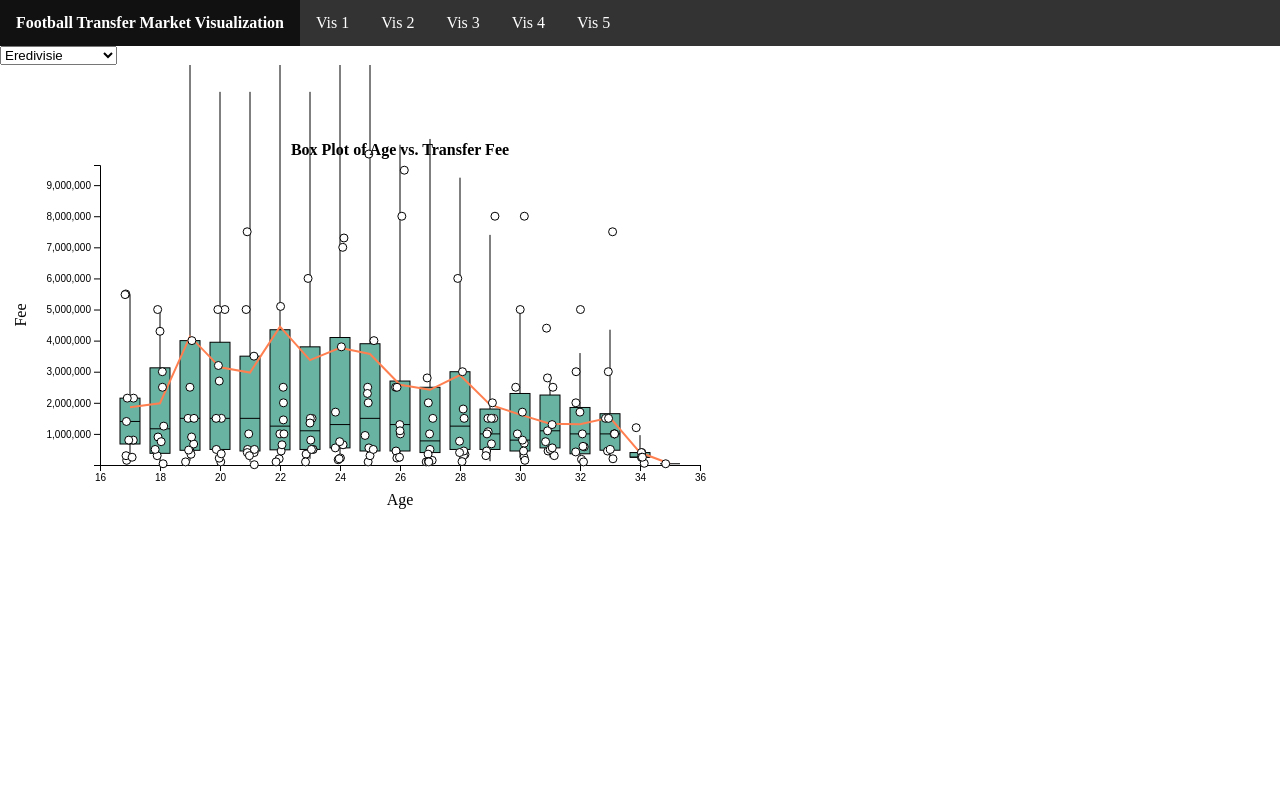
Repository: cedricshan/Football-Transfer-Market-Visualization
Page: dashboard/BoxPlot.html
An editor plug-in stored every save of this project. The page is shown before and after the next save, followed by the edit.
The browser window is 1280 px wide. The pictures show the whole page.

Above is the page before, as saved 2023-10-18 22:11:34.

After the next save:
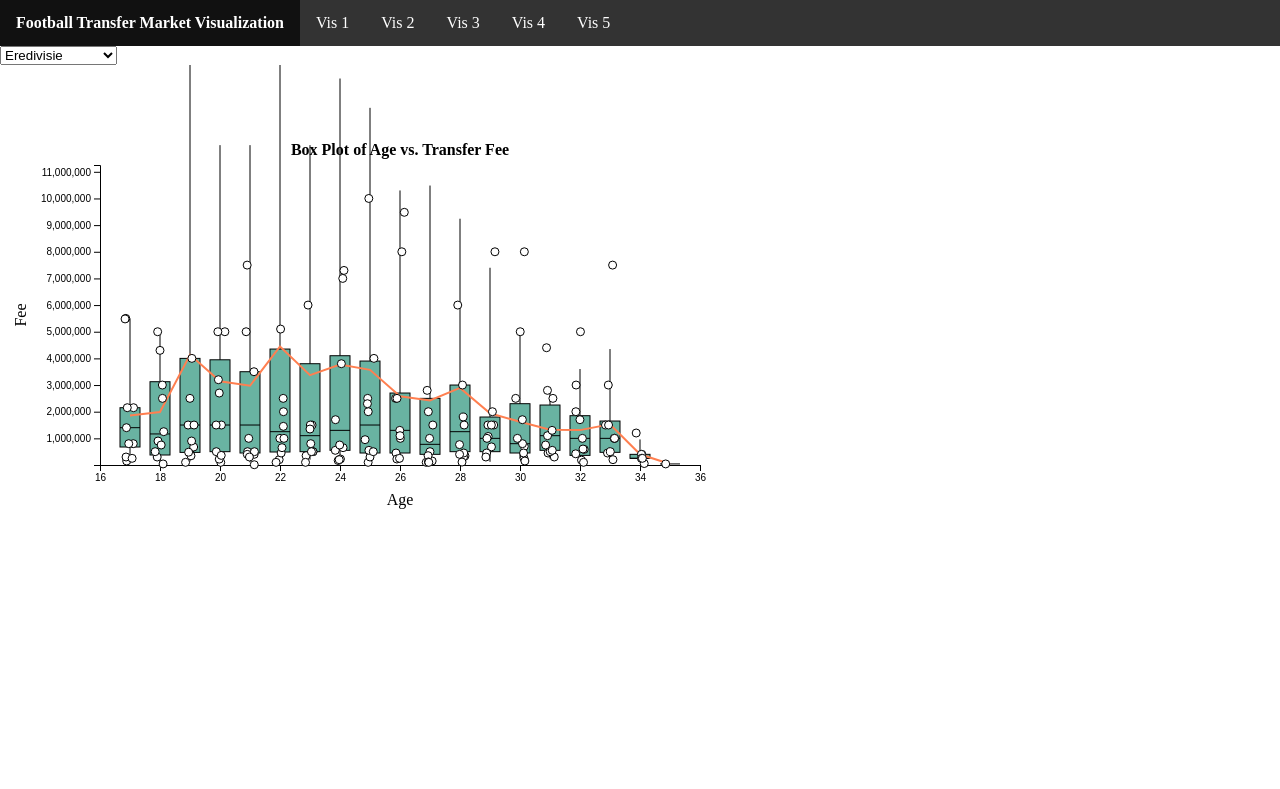
Saved 13 s later.
--- a/dashboard/BoxPlot.js
+++ b/dashboard/BoxPlot.js
@@ -86,7 +86,7 @@ function loadAndVisualizeData(filename) {
             .range([0, width]);
 
         const y = d3.scaleLinear()
-            .domain([d3.min(processedData, d => d.Fee), d3.mean(processedData, d => d.Fee)*3])
+            .domain([d3.min(processedData, d => d.Fee), d3.mean(processedData, d => d.Fee)*3.5])
             .range([height, 0]);
 
 
